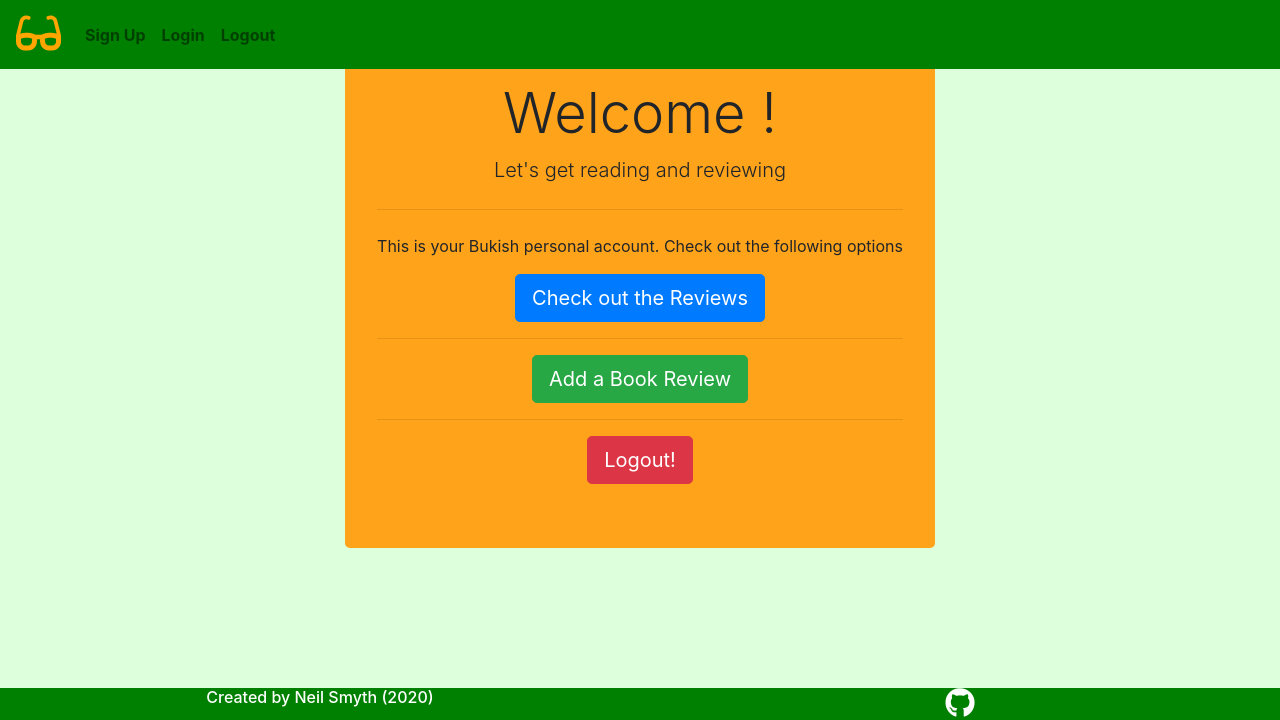
Repository: NeiloErnesto89/Data_Centric_Dev_Milestone_Project3
Page: templates/bio.html
The author's editor kept a record of every edit. The page is drawn from the files as they stood at one moment, then again after the next edit.
The browser window is 1280 px wide. The pictures show the whole page.
Some web libraries are served in a nearby version. The template is drawn by Flask 3. The application's start-up code is not run. Other server files are loaded and not shown. The template is opened directly, without the code that normally fills it, so the values that code supplies are empty.

Above is the page before.

### templates/bio.html
<!DOCTYPE html>
<html>

<head>
</head>

<body>
    {% extends 'base.html' %} {% block content %}
    <div class="container-fluid">
        <div class="row justify-content-center">
            <div class="jumbotron text-center mt-3">
                <h1 class="display-4">Welcome {{ user.username }} !</h1>
                <p class="lead">
                    Let's get reading and reviewing
                </p>
                <hr class="my-4">
                <p>This is your Bukish personal account. Check out the following options</p>
                <div class="text-center">
                    <a class="btn btn-primary btn-lg" href="{{ url_for('all_reviews') }}" role="button">Check out the Reviews </a>
                </div>
                <hr>
                <div class="text-center">
                    <a class="btn btn-success btn-lg" href="{{ url_for('review_page') }}" role="button">Add a Book Review </a>
                </div>
                <hr>
                <div class="text-center">
                    <a class="btn btn-danger btn-lg" href="{{ url_for('logout') }}" role="button">Logout! </a>
                </div>
            </div>

        </div>
   </div>
    {% endblock %}
</body>

</html>

### templates/base.html
<!DOCTYPE html>
<html lang="en">

<head>
    <meta charset="UTF-8">
    <meta name="viewport" content="width=device-width, initial-scale=1.0">
    <meta http-equiv="X-UA-Compatible" content="ie=edge">

    <title>Book Reviews</title>

    <!-- Bootstrap -->
    <link rel="stylesheet" href="https://stackpath.bootstrapcdn.com/bootstrap/4.3.1/css/bootstrap.min.css" integrity="sha384-ggOyR0iXCbMQv3Xipma34MD+dH/1fQ784/j6cY/iJTQUOhcWr7x9JvoRxT2MZw1T" crossorigin="anonymous">

    <!-- Google Font-->

    <link href="https://fonts.googleapis.com/css?family=Montserrat:400,700" rel="stylesheet">

    <!-- Font Awesome-->

    <link rel="stylesheet" href="https://use.fontawesome.com/releases/v5.7.2/css/all.css" integrity="sha384-fnmOCqbTlWIlj8LyTjo7mOUStjsKC4pOpQbqyi7RrhN7udi9RwhKkMHpvLbHG9Sr" crossorigin="anonymous">

    <link rel="stylesheet" href="https://cdnjs.cloudflare.com/ajax/libs/font-awesome/4.7.0/css/font-awesome.min.css">

    <!-- CSS -->

    <link rel="stylesheet" href="{{url_for('static', filename='css/style.css')}}" type="text/css" />


</head>

<body>

<div class="cover-container d-flex mx-auto flex-column">
            <!--NavBar with Burger Icon-->
        <div clas="header container">
            <nav class="navbar navbar-expand-lg navbar-light mb-1 text-center fixed-top">
                <a class="navbar-brand" data-target="#popUpModal" data-toggle="modal"><i class="fas fa-glasses" style="font-size:40px;color:orange;"></i></a>
                <button class="navbar-toggler" type="button" data-toggle="collapse" data-target="#navbarTogglerDemo02" aria-controls="navbarTogglerDemo02" aria-expanded="false" aria-label="Toggle navigation">
                                <span class="navbar-toggler-icon"></span>
                              </button>
                <div class="collapse navbar-collapse" id="navbarTogglerDemo02">
                    <ul class="navbar-nav mr-auto mt-0 mt-lg-0">

                        <li class="nav-item">
                            <a class="nav-link" href="{{ url_for('signup') }}"><b>Sign Up</b></a>
                        </li>
                        <li class="nav-item">
                            <a class="nav-link" href="{{ url_for('login') }}"><b>Login</b></a>
                        </li>
                        <li class="nav-item">
                            <a class="nav-link" href="{{ url_for('logout') }}"><b>Logout</b></a>
                        </li>


                    </ul>
                </div>
            </nav>
        </div>

    <div class="container">
            {% block content %}
            {% endblock %}
    </div>
        <!--FOOTER -->

        <div class="footer container-fluid">
            <div class="row justify-content-center">
                <div class="text-center col-xs-12 col-sm-6">

                    <h6>Created by Neil Smyth (2020)</h6>

                </div>
                <div class="text-center col-xs-12 col-sm-6">

                    <a href="https://github.com/NeiloErnesto89" target="_blank "><i class="fab fa-github" style="font-size:30px; color:white; "></i></a>

                </div>
            </div>
        </div> <!-- footer container-->

</div>    <!--Cover Container -->

    <!-- JQuery -->
    <script src="https://cdnjs.cloudflare.com/ajax/libs/jquery/3.2.1/jquery.min.js"></script>

    <!-- Bootstrap JS-->

    <script src="https://code.jquery.com/jquery-3.3.1.slim.min.js" integrity="sha384-q8i/X+965DzO0rT7abK41JStQIAqVgRVzpbzo5smXKp4YfRvH+8abtTE1Pi6jizo" crossorigin="anonymous"></script>
    <script src="https://cdnjs.cloudflare.com/ajax/libs/popper.js/1.14.7/umd/popper.min.js" integrity="sha384-UO2eT0CpHqdSJQ6hJty5KVphtPhzWj9WO1clHTMGa3JDZwrnQq4sF86dIHNDz0W1" crossorigin="anonymous"></script>
    <script src="https://stackpath.bootstrapcdn.com/bootstrap/4.3.1/js/bootstrap.min.js" integrity="sha384-JjSmVgyd0p3pXB1rRibZUAYoIIy6OrQ6VrjIEaFf/nJGzIxFDsf4x0xIM+B07jRM" crossorigin="anonymous"></script>



    <!--  <script type="text/javascript">
        $(document).ready(function() {
            $('.collapsible').collapsible();
        });
    </script>  -->
</body>

</html>

### static/css/style.css
body {
  background-color: #DEFFDC;
  display: flex;
}

/*
.nav-container {
  position: sticky;
  width: 100%;
  z-index: 1;
  top: 0;
  left: 0;
  padding: 0;
}
*/

.navbar {
  background-color: green;
}

.jumbotron {
  background-color: #ffa31a;
  margin-right: 3rem;
  margin-left: 3rem;
}

/* Paginate Button on All Reviews.html (taken from w3 schools*/

.paginate {
  display: inline-block;
}

.paginate a {
  color: black;
  float: left;
  padding: 8px 16px;
  text-decoration: none;
  margin: 15px;
}

.paginate a.active {
  background-color: #4CAF50;
  color: white;
  border-radius: 5px;
}

.paginate a:hover:not(.active) {
  background-color: #ddd;
  border-radius: 5px;
}

/* all_reviews.html - book review cards*/

.card {
  margin: 5px;
  border: 8px solid rgb(5, 187, 5);
  border-radius: 3rem;
}

.footer {
  position: fixed;
  left: 0;
  bottom: 0;
  width: 100%;
  background-color: green;
  color: white;
  text-align: center;
}

After the next edit:
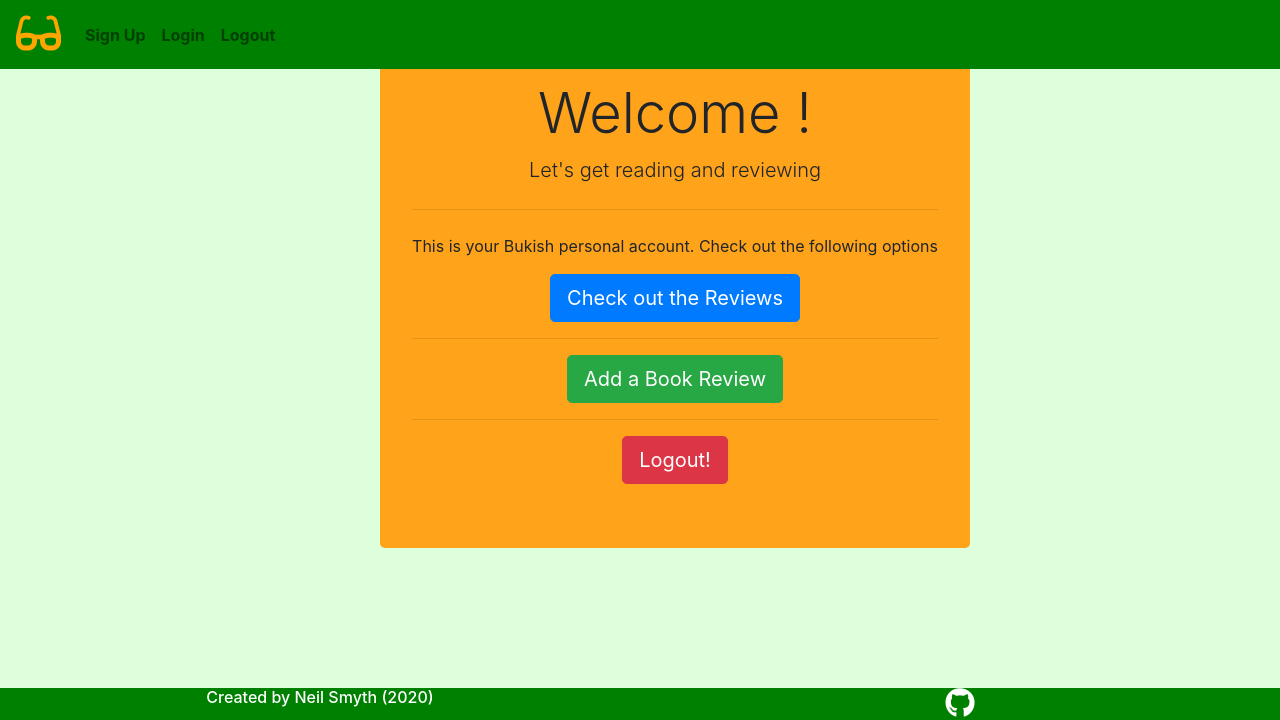
The edit:
--- a/templates/base.html
+++ b/templates/base.html
@@ -31,8 +31,10 @@
 <body>
 
 <div class="cover-container d-flex mx-auto flex-column">
+
             <!--NavBar with Burger Icon-->
-        <div clas="header container">
+
+        <header class="nav-container">
             <nav class="navbar navbar-expand-lg navbar-light mb-1 text-center fixed-top">
                 <a class="navbar-brand" data-target="#popUpModal" data-toggle="modal"><i class="fas fa-glasses" style="font-size:40px;color:orange;"></i></a>
                 <button class="navbar-toggler" type="button" data-toggle="collapse" data-target="#navbarTogglerDemo02" aria-controls="navbarTogglerDemo02" aria-expanded="false" aria-label="Toggle navigation">

After the edit that followed:
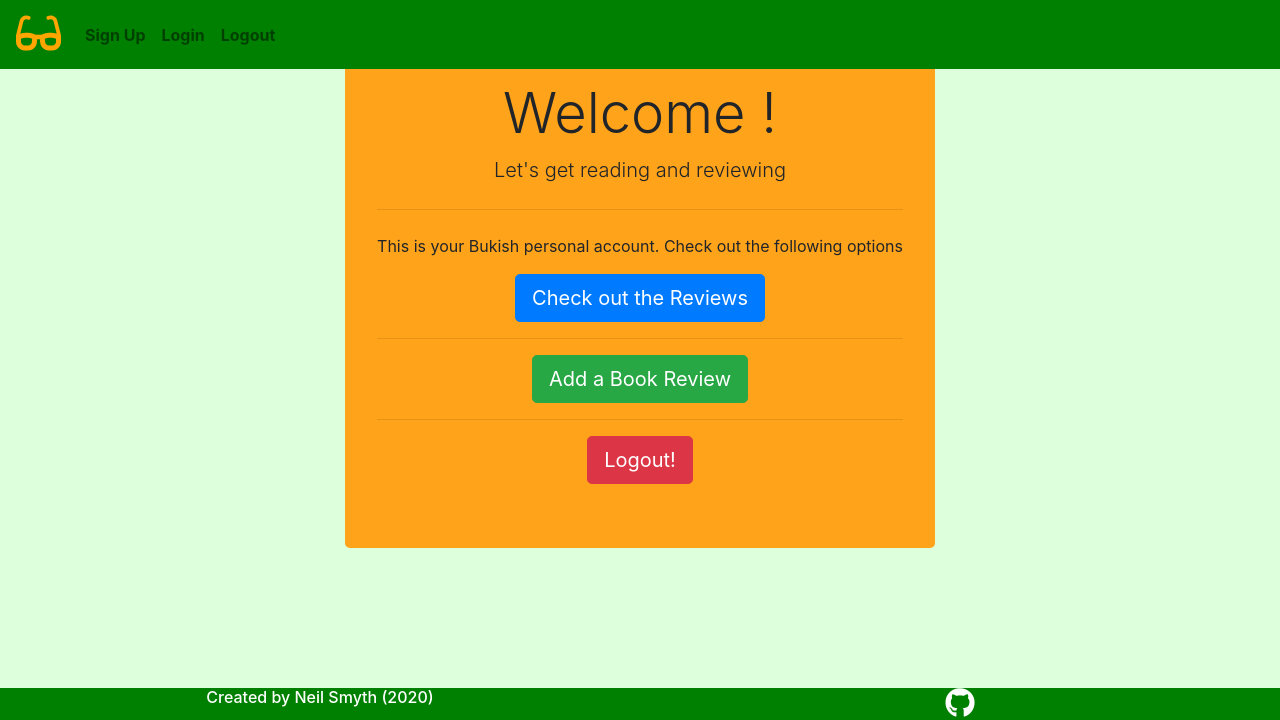
The edit:
--- a/templates/base.html
+++ b/templates/base.html
@@ -57,7 +57,7 @@
                     </ul>
                 </div>
             </nav>
-        </div>
+        </header>
 
     <div class="container">
             {% block content %}
